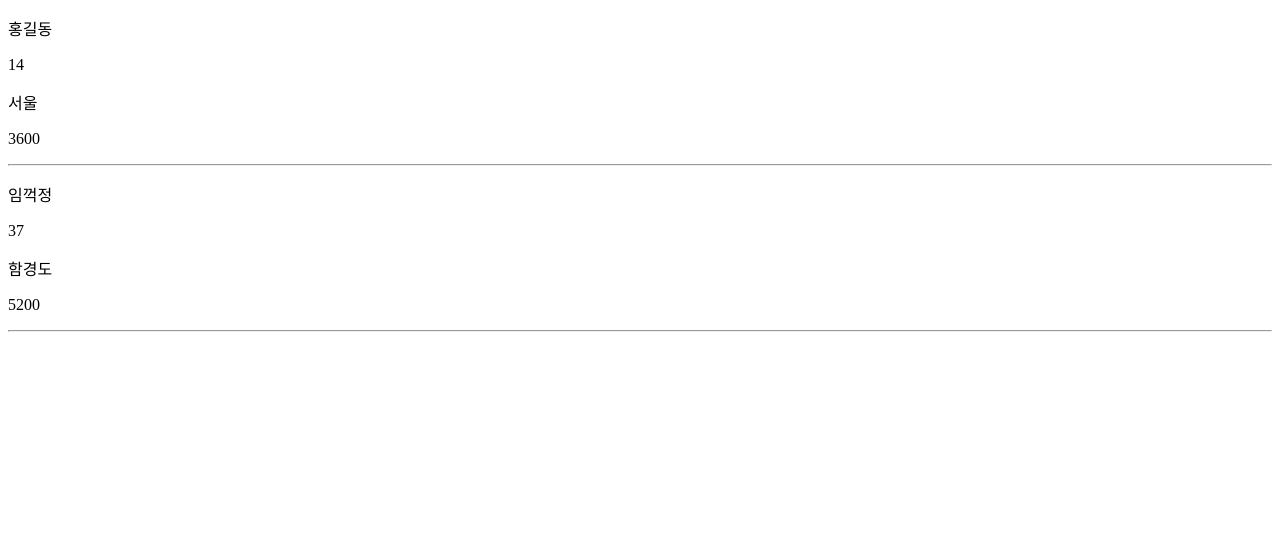
Repository: ady0099/webstudy
Page: 03_javascript/src/main/webapp/day02/ex19_Object.html
The author's editor kept a copy of each file at every save. The page is drawn from the files as they stood at one save, then again after the next save.
The browser window is 1280 px wide. The pictures show the whole page.

Above is the page before, as saved 2023-06-28 08:44:48.

### 03_javascript/src/main/webapp/day02/ex19_Object.html
<!DOCTYPE html>
<html>
	<head>
		<meta charset="UTF-8">
		<title>객체 : Object</title>
		<script type="text/javascript">
			// 자바스크립트에서 객체를 Object라고 한다.
			// 객체 : properties(속성=상태값)과 function(기능)을 가지고 있다.

			// 방법1
			var obj = new Object();
			// 상태값
			obj["name"] = "홍길동";
			obj["age"] = 14;
			obj["addr"] = "서울";
			obj["salary"] = 3600;

			document.write("<p>" +obj["name"]+"</p>");
			document.write("<p>" +obj["age"]+"</p>");
			document.write("<p>" +obj["addr"]+"</p>");
			document.write("<p>" +obj["salary"]+"</p>");
			document.write("<hr>");

			// 방법2
			var obj = {name:"임꺽정", age:37, addr:"함경도", salary:5200};

			document.write("<p>" +obj["name"]+"</p>");
			document.write("<p>" +obj["age"]+"</p>");
			document.write("<p>" +obj["addr"]+"</p>");
			document.write("<p>" +obj["salary"]+"</p>");
			document.write("<hr>");

			// 자바스크립트에서 this는 this를 호출할 때 해당 this가 결정된다.
			// this는 호출한
			var obj3 = {
					name : "장길산",
					age : 12,
					job: function(){
						return "Hello";
					},
					prn : function(){
						return this.name+", "+this.age+this.job();
					}


			}
		</script>
	</head>
	<body>

	</body>
</html>

After the next save:
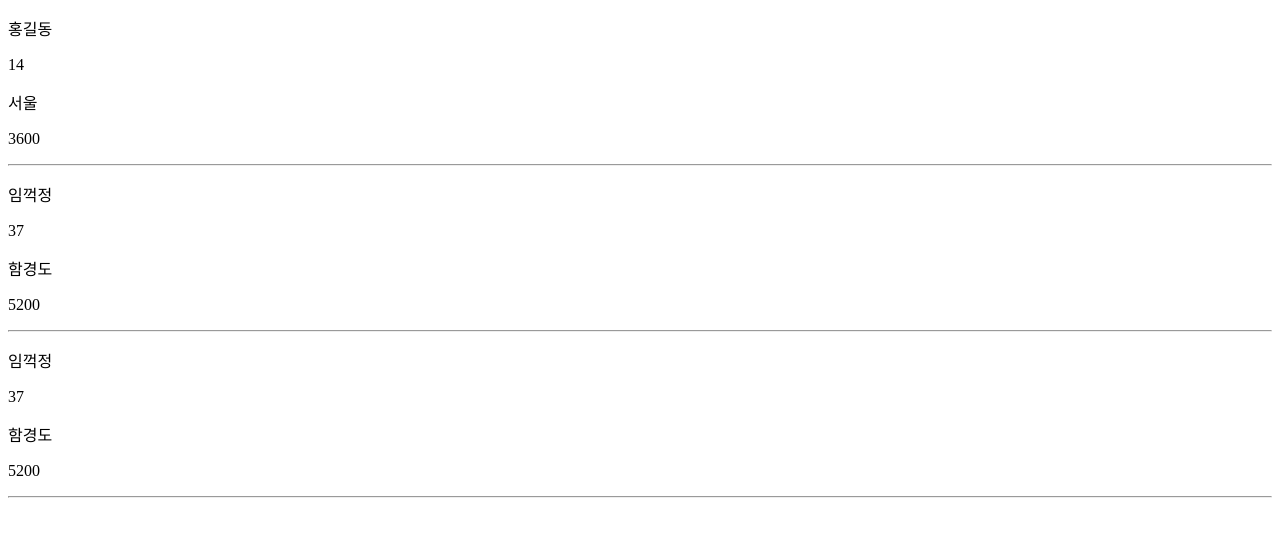
Saved 69 s later.
--- a/03_javascript/src/main/webapp/day02/ex19_Object.html
+++ b/03_javascript/src/main/webapp/day02/ex19_Object.html
@@ -41,9 +41,13 @@
 					prn : function(){
 						return this.name+", "+this.age+this.job();
 					}
+			}
+			document.write("<p>" +obj["name"]+"</p>");
+			document.write("<p>" +obj["age"]+"</p>");
+			document.write("<p>" +obj["addr"]+"</p>");
+			document.write("<p>" +obj["salary"]+"</p>");
+			document.write("<hr>");
 
-
-			}
 		</script>
 	</head>
 	<body>
